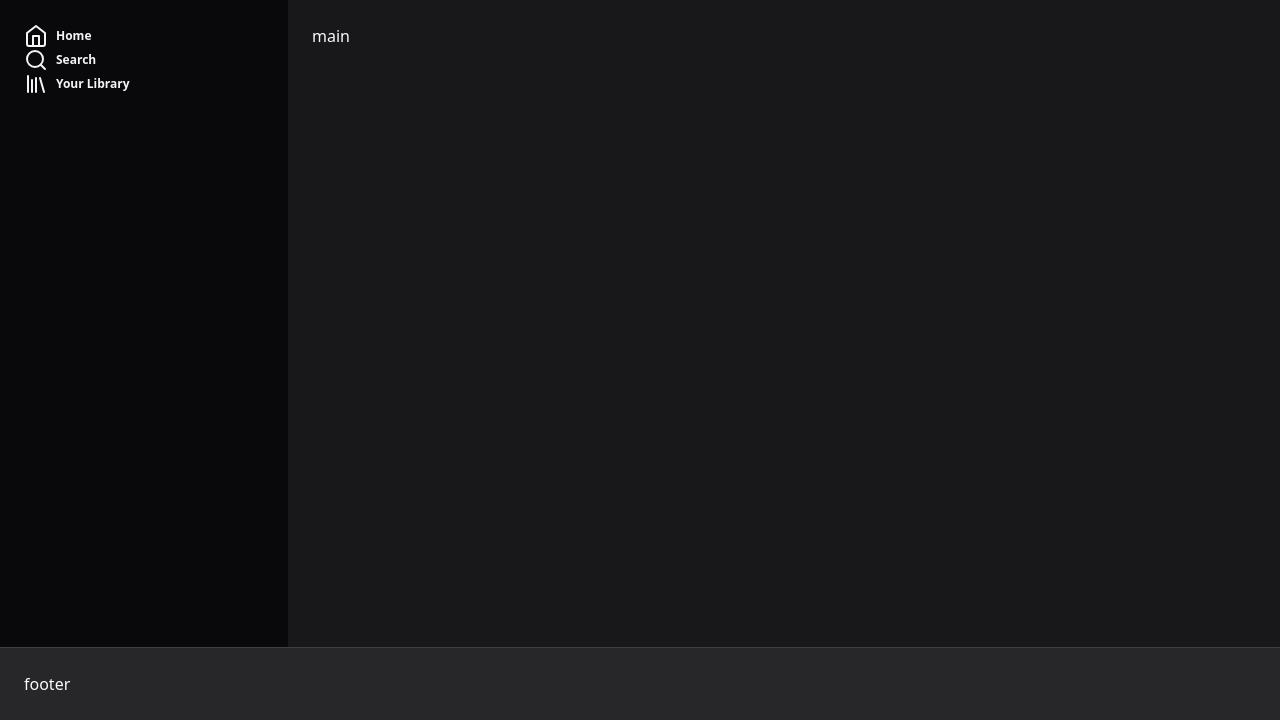
Repository: guilhermecardoso93/tailwind-spotify
Page: /
The author's editor kept a copy of each file at every save. The page is drawn from the files as they stood at one save, then again after the next save.
The browser window is 1280 px wide. The pictures show the whole page.
The project was rebuilt for these pictures with package versions that can differ from the ones it lists, and the page was loaded fresh each time. The framework's server and built-in components were replaced by stand-ins that run in the browser. Also part of the build but not shown: next.config.js.

Above is the page before, as saved 2023-04-15 19:57:39.

### src/app/layout.tsx
import './globals.css'

export const metadata = {
  title: 'Spotify',
  description: 'Music!',
}

export default function RootLayout({
  children,
}: {
  children: React.ReactNode
}) {
  return (
    <html lang="en">
      <body className="bg-zinc-900 text-zinc-50">{children}</body>
    </html>
  )
}

### src/app/page.tsx
import { Home as HomeIcon, Search, Library } from "lucide-react";
export default function Home() {
  return (
    <div className="h-screen flex flex-col">
      <div className="flex flex-1">
        <aside className="w-72 bg-zinc-950 p-6">
          <nav className="spacey-4">
            <a href="" className="flex items-center gap-2 text-xs font-semibold text-zinc-100">
              <HomeIcon /> Home
            </a>
            <a href="" className="flex items-center gap-2 text-xs font-semibold text-zinc-100">
              {" "}
              <Search /> Search
            </a>
            <a href="" className="flex items-center gap-2 text-xs font-semibold text-zinc-100">
              {" "}
              <Library /> Your Library
            </a>
          </nav>
        </aside>
        <main className="flex-1 p-6">main</main>
      </div>
      <footer className="bg-zinc-800 border-t border-zinc-700 p-6">
        footer
      </footer>
    </div>
  );
}

Loaded but not shown: src/app/globals.css (common file); tailwind.config.js (common file)

After the next save:
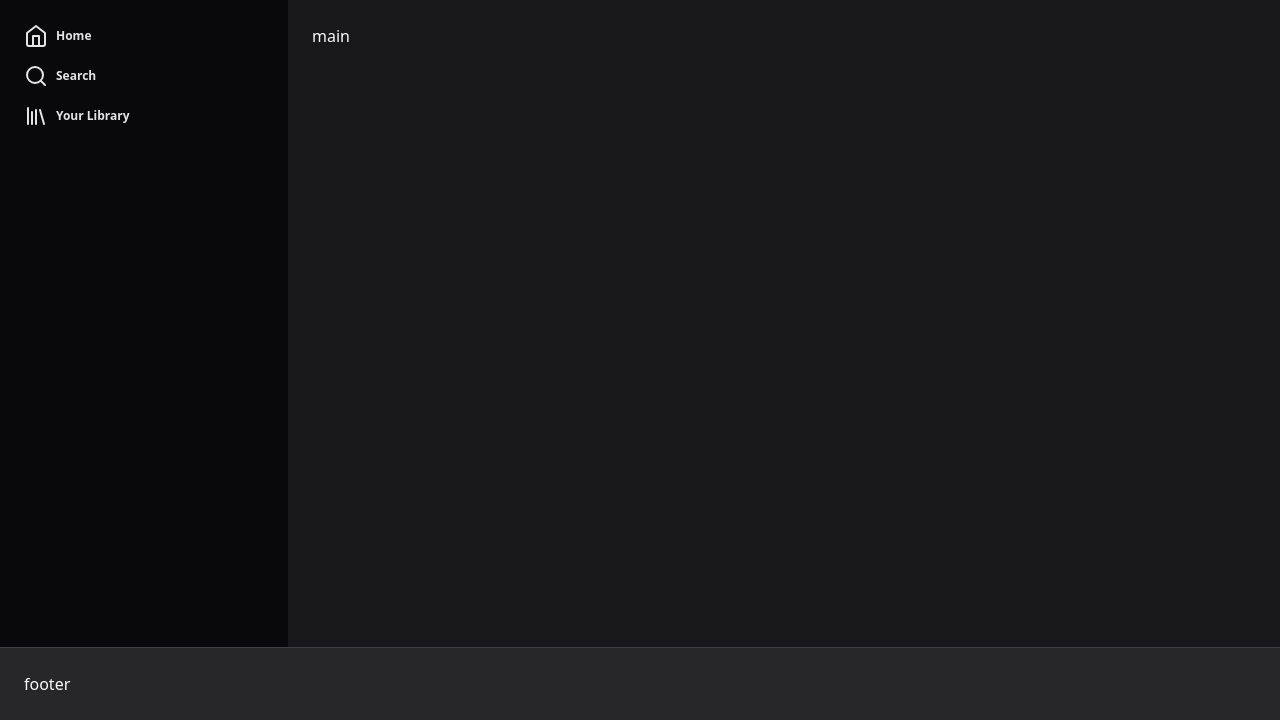
Saved 86 s later.
--- a/src/app/page.tsx
+++ b/src/app/page.tsx
@@ -4,15 +4,15 @@
     <div className="h-screen flex flex-col">
       <div className="flex flex-1">
         <aside className="w-72 bg-zinc-950 p-6">
-          <nav className="spacey-4">
-            <a href="" className="flex items-center gap-2 text-xs font-semibold text-zinc-100">
+          <nav className="space-y-4">
+            <a href="" className="flex items-center gap-2 text-xs font-semibold text-zinc-200">
               <HomeIcon /> Home
             </a>
-            <a href="" className="flex items-center gap-2 text-xs font-semibold text-zinc-100">
+            <a href="" className="flex items-center gap-2 text-xs font-semibold text-zinc-200">
               {" "}
               <Search /> Search
             </a>
-            <a href="" className="flex items-center gap-2 text-xs font-semibold text-zinc-100">
+            <a href="" className="flex items-center gap-2 text-xs font-semibold text-zinc-200">
               {" "}
               <Library /> Your Library
             </a>
